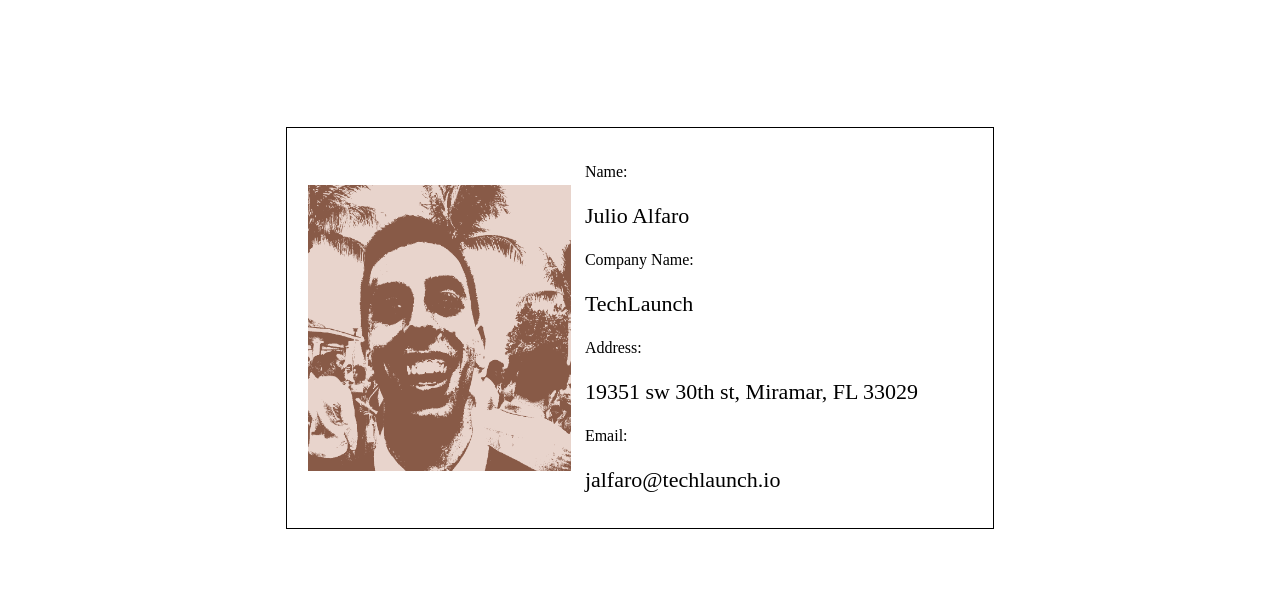
Repository: Juliolikescoding/WEB1100_invoice_app
Page: index.html
These files come from the project's save history. The page is drawn as it stood at one moment and after the next save; the edit follows.
The browser window is 1280 px wide. The pictures show the whole page.
Some web fonts or font styles are not loaded; a fallback is used.

Above is the page before, as saved 2018-05-17 18:17:15.

After the next save:
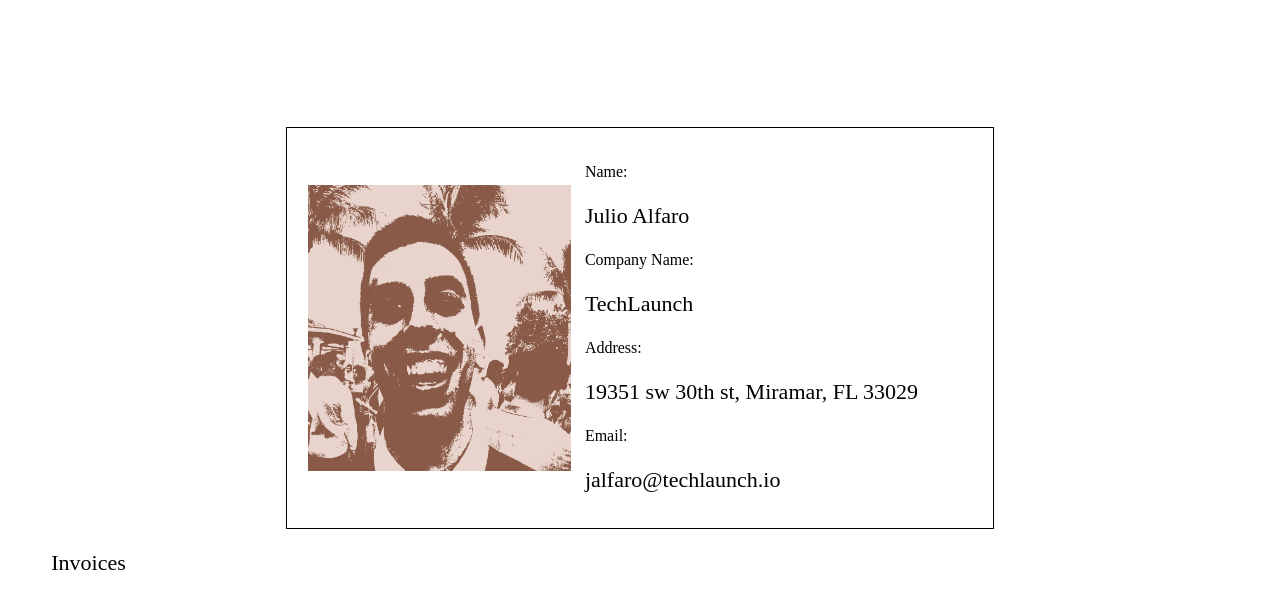
Saved 17 min 7 s later.
--- a/index.html
+++ b/index.html
@@ -85,6 +85,7 @@
              </div>
          </div>
      </div>
+     <p>Invoices</p>
     <script>
         //Fake it til you make it Database
         var user = {
